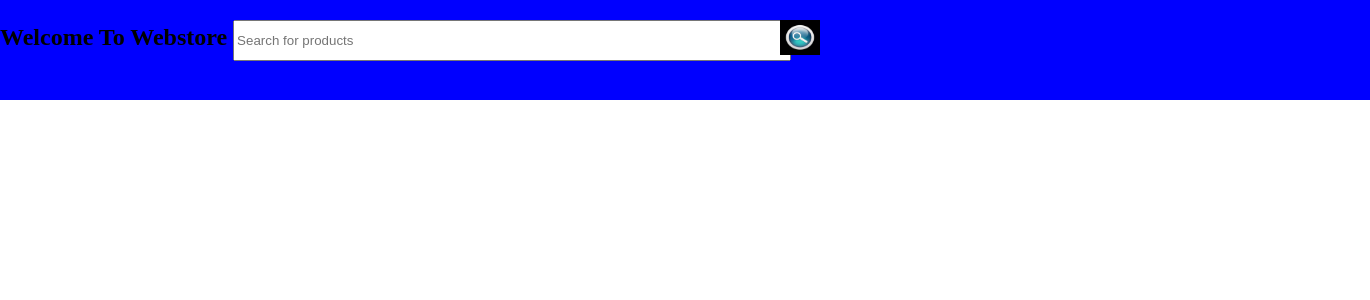
Repository: sourogithub/Final-yr-project-using-j2ee
Page: http://localhost/Webstore/JSP Pages/Front.jsp
An editor plug-in stored every save of this project. The page is shown before and after the next save, followed by the edit.
The browser window is 1280 px wide. The page is 1370 px wide, so the pictures cover 1370 px, including what lies to the right of the window. The pictures show the whole page.
The page is served by Tomcat 9.

Above is the page before, as saved 2017-04-11 08:59:21.

### Webstore/WebContent/JSP Pages/Front.jsp
<%@ page language="java" contentType="text/html; charset=ISO-8859-1"
    pageEncoding="ISO-8859-1"%>
<!DOCTYPE html PUBLIC "-//W3C//DTD HTML 4.01 Transitional//EN" "http://www.w3.org/TR/html4/loose.dtd">
<html>
<head>
<meta http-equiv="Content-Type" content="text/html; charset=ISO-8859-1">
<title>Insert title here</title>
</head>
<body style="margin:0">
<div id="top"  style="background:blue; height:100px;position:absolute;top:0px;width:1370px;">
<h2>Welcome To Webstore
<input type="text" placeholder="Search for products" required style="border-width:2;width:550px;height:35px">
<a><img src="../images/search-images-17.jpg" height="35px" width="40px" style="position:absolute;right:550px"></a>
</h2>
</div>
</body>
</html>

After the next save:
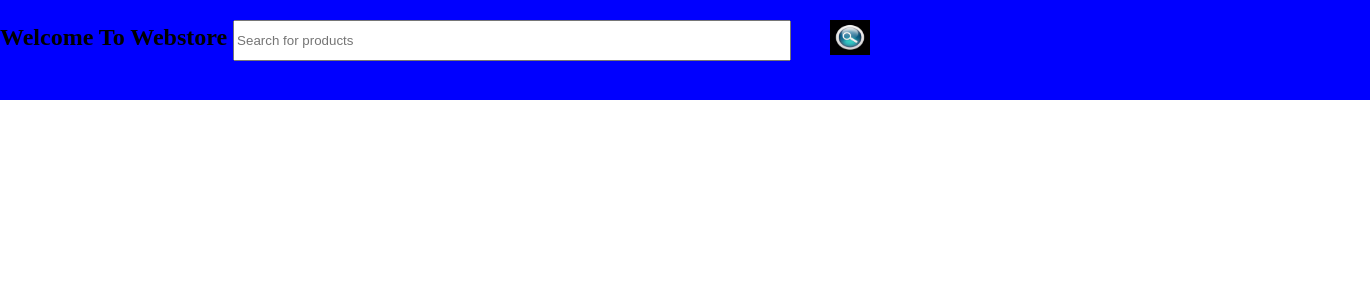
Saved 12 s later.
--- a/Webstore/WebContent/JSP Pages/Front.jsp
+++ b/Webstore/WebContent/JSP Pages/Front.jsp
@@ -10,7 +10,7 @@
 <div id="top"  style="background:blue; height:100px;position:absolute;top:0px;width:1370px;">
 <h2>Welcome To Webstore
 <input type="text" placeholder="Search for products" required style="border-width:2;width:550px;height:35px">
-<a><img src="../images/search-images-17.jpg" height="35px" width="40px" style="position:absolute;right:550px"></a>
+<a><img src="../images/search-images-17.jpg" height="35px" width="40px" style="position:absolute;right:500px"></a>
 </h2>
 </div>
 </body>
